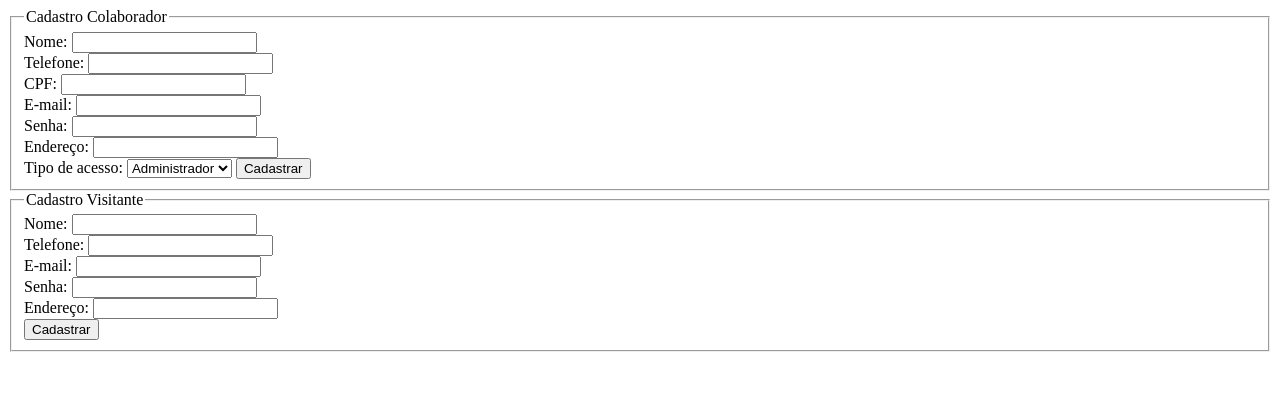
Repository: tdex/cmproject
Page: http://localhost/cmproject/
The author's editor kept a copy of each file at every save. The page is drawn from the files as they stood at one save, then again after the next save.
The browser window is 1280 px wide. The pictures show the whole page.
The page is served by Tomcat 9.

Above is the page before, as saved 2015-06-16 15:28:20.

After the next save:
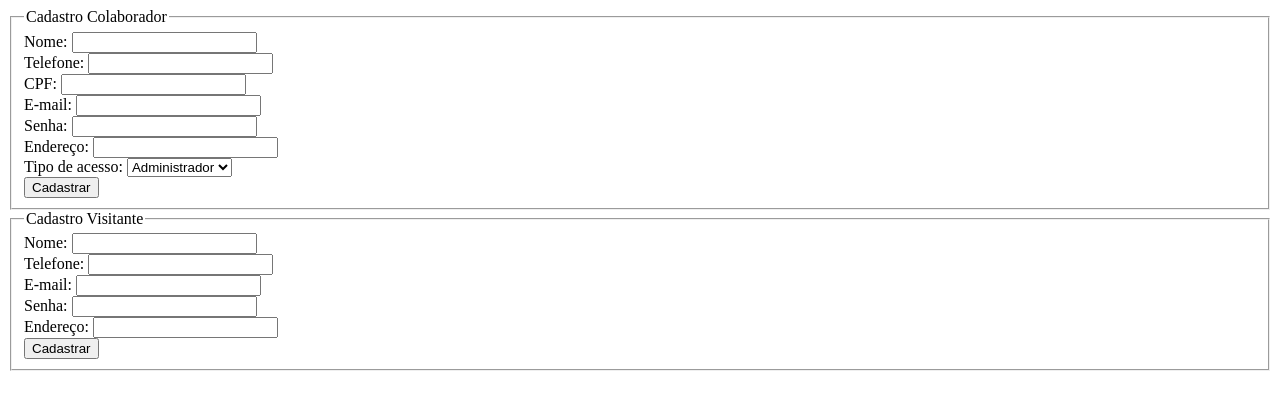
Saved 23 s later.
--- a/codigo/cmproject/cmproject/WebContent/index.jsp
+++ b/codigo/cmproject/cmproject/WebContent/index.jsp
@@ -21,7 +21,7 @@
 					<option>Administrador</option>
 					<option>Colaborador</option>
 				</select>
-			</label>
+			</label><br>
 			<input type="submit" value="Cadastrar">
 		</fieldset>
 	</form>
